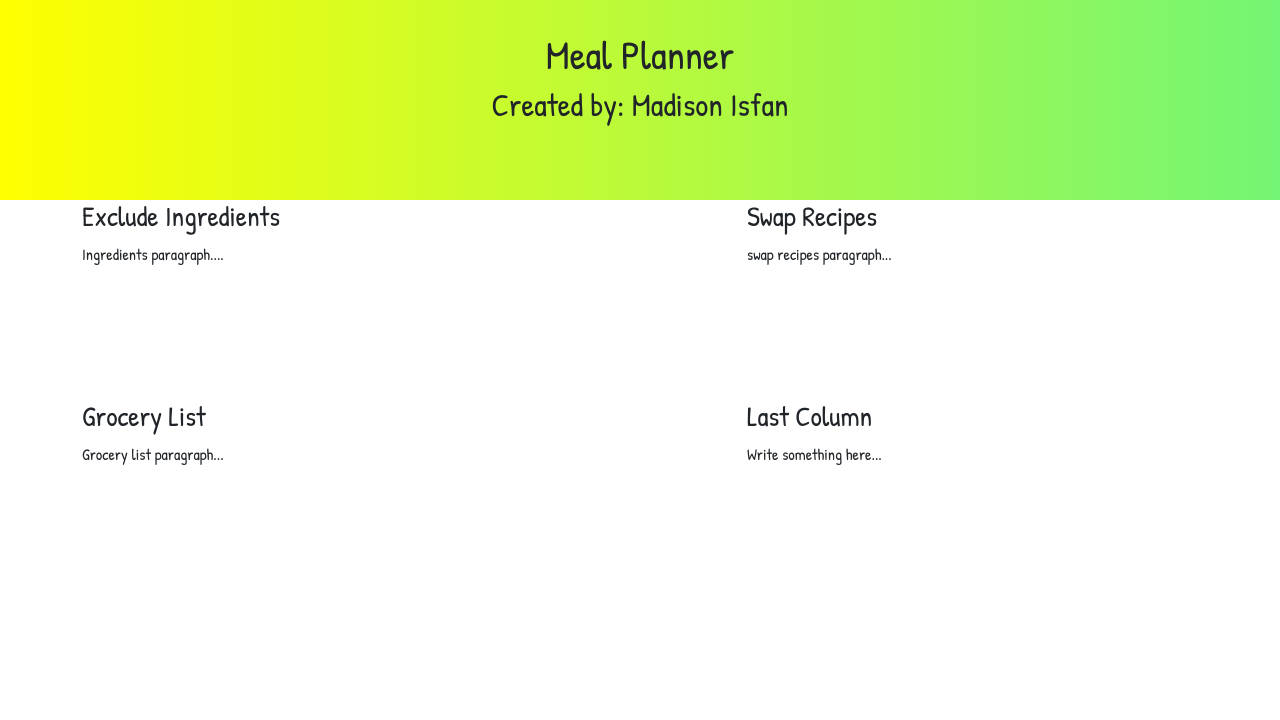
Repository: madisonisfan/Meal-Planner
Page: index.html
An editor plug-in stored every save of this project. The page is shown before and after the next save, followed by the edit.
The browser window is 1280 px wide. The pictures show the whole page.
Some web libraries are served in a nearby version.

Above is the page before, as saved 2021-02-17 17:02:15.

### index.html
<!DOCTYPE html>
<head>

    <meta charset="utf-8"/>
    <meta name="viewport" content="width=device-width, initial-scale=1"/>

    <link rel="stylesheet" href="node_modules/bootstrap/dist/css/bootstrap.min.css" />

    <link rel="stylesheet" href="https://fonts.googleapis.com/css?family=Indie+Flower|Patrick+Hand" />
    <link rel="stylesheet" href="css/styles.css"/>
    <title> Meal Planner </title>
</head>

<body>

    <header class="jumbotron">
        <div class="container">
            <div class="row row-content  justify-content-center">
                <div class="col text-center saling-self">
                    <h1>Meal Planner</h1>
                    <h2>Created by: Madison Isfan</h2>
                </div>
            </div>
        </div>

    </header>

    <div class="container ">
        <div class="row row-content justify-content-between">
            <div class="col-5">
                <h3>Exclude Ingredients</h3>
                <p>Ingredients paragraph....</p>
            </div>
            <div class="col-5">
                <h3>Swap Recipes</h3>
                <p>swap recipes paragraph...</p>
            </div>
        </div>

        <div class="row row-content justify-content-between">
            <div class="col-5">
                <h3>Grocery List</h3>
                <p>Grocery list paragraph...</p>
            </div>
            <div class="col-5">
                <h3>Last Column</h3>
                <p>Write something here...</p>
            </div>
        </div>

    </div> <!--End of container-->

    <class class="container">
        <div class="row"
    </class>


    <script src="node_modules/jquery/dist/jquery.slim.min.js"></script>
    <script src="node_modules/popper.js/dist/umd/popper.min.js"></script>
    <script src="node_modules/bootstrap/dist/js/bootstrap.min.js"></script>
</body>


</html>

### css/styles.css
header {
  height: 200px;
}
body {
  font-family: "Patrick Hand";
}

.row-content {
  min-height: 200px;
}

.jumbotron {
  padding: 30px;
  background-image: linear-gradient(to right, yellow, rgb(116, 245, 116));
}

After the next save:
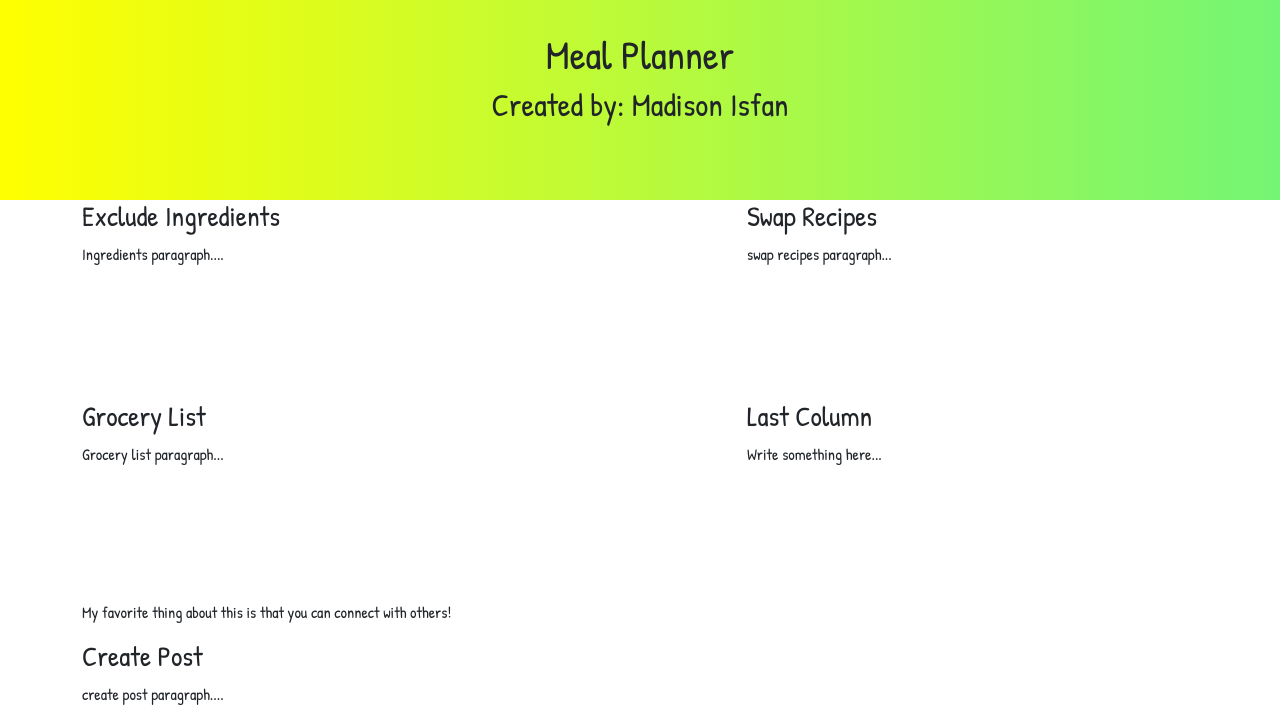
Saved 2 min 22 s later.
--- a/index.html
+++ b/index.html
@@ -50,9 +50,28 @@
 
     </div> <!--End of container-->
 
-    <class class="container">
-        <div class="row"
-    </class>
+    <div class="container">
+        <div class="row">
+            <div class="col">
+                <p>My favorite thing about this is that you can connect with others!</p>
+            </div>
+        </div>
+        <div class="row">
+            <div class="col">
+                <h3>Create Post</h3>
+                <p>create post paragraph....</p>
+
+            </div>
+            <div class="col">
+
+            </div>
+            <div class="col">
+
+            </div>
+
+        </div>
+
+    </div>
 
 
     <script src="node_modules/jquery/dist/jquery.slim.min.js"></script>
